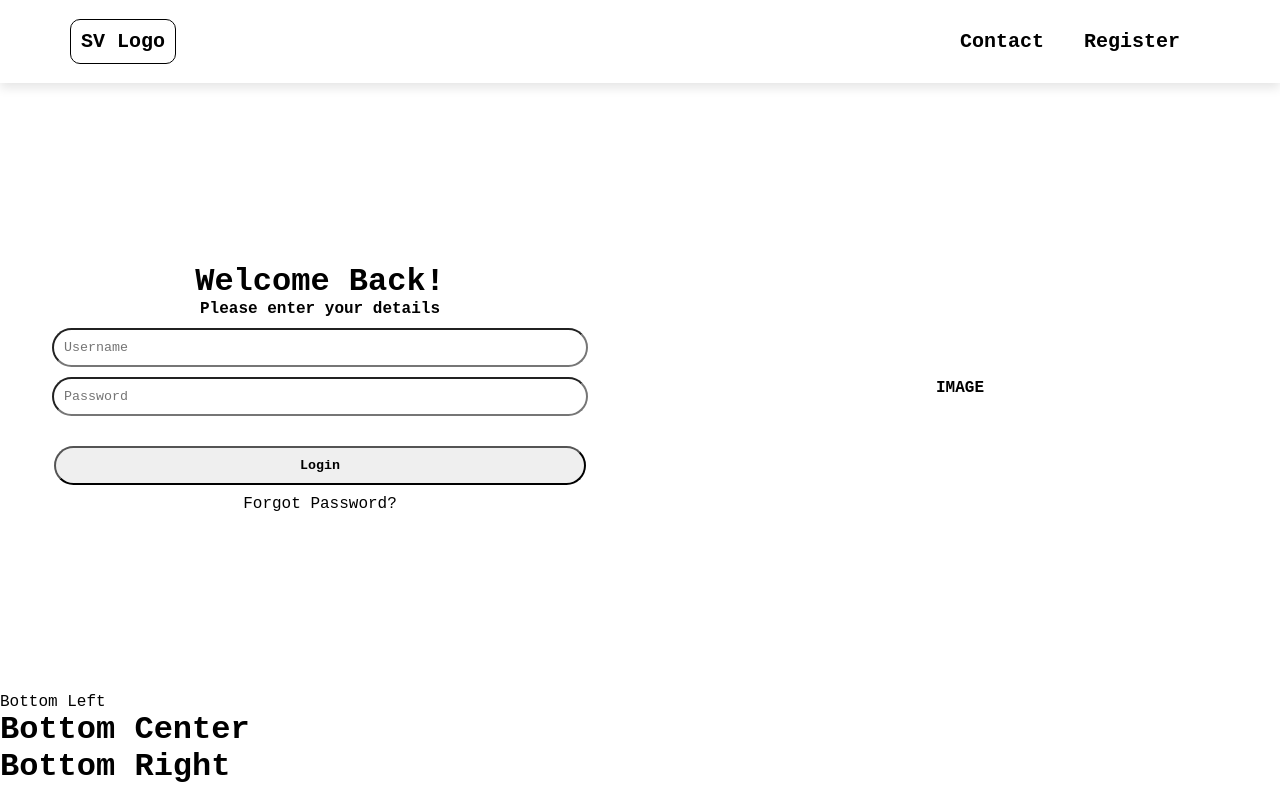
Repository: BuddhimaB/SecureVisionAI
Page: / (app in client/)
These files come from the project's save history. The page is drawn as it stood at one moment and after a run of saves; the edit follows.
The browser window is 1280 px wide. The pictures show the whole page.
The project was rebuilt for these pictures with package versions that can differ from the ones it lists, and the page was loaded fresh each time. Also part of the build but not shown: client/src/components/BottomDetails/Bottom.css.

Above is the page before, as saved 2024-07-13 19:22:12.

### client/public/index.html
<!DOCTYPE html>
<html lang="en">
  <head>
    <meta charset="utf-8" />
    <link rel="icon" href="%PUBLIC_URL%/favicon.ico" />
    <meta name="viewport" content="width=device-width, initial-scale=1" />

    <meta
      name="description"
      content="Web site created using create-react-app"
    />
    <link rel="preconnect" href="https://fonts.googleapis.com">
<link rel="preconnect" href="https://fonts.gstatic.com" crossorigin>
<link href="https://fonts.googleapis.com/css2?family=Roboto:ital,wght@0,100;0,300;0,400;0,500;0,700;0,900;1,100;1,300;1,400;1,500;1,700;1,900&display=swap" rel="stylesheet">
<link rel="stylesheet" href="style.css">
    <title>SecureVision App</title>
  </head>
  <body>
    <noscript>You need to enable JavaScript to run this app.</noscript>
    <div id="root"></div>

  </body>
</html>

### client/src/App.js
import Login from "./Pages/Login/login";

function App() {
  return (
    <div className="App">
      <Login />
    </div>
  );
}

export default App;

### client/src/Pages/Login/login.jsx
import './Login.css'
import Topbar from '../../components/Topbar/Topbar'
import Bottom from '../../components/BottomDetails/Bottom'

export default function Login() {
  return (
    <div>
      <Topbar />
      <div className='feedContainer'>
        <div className="feedLeft">
          <h1>Welcome Back!</h1>
          <h4> Please enter your details</h4>
          <div className="inputField">
          <input
          className='inputField'
          type="text"
          placeholder="Username" />

          <input className='inputField'
          type="password"
          placeholder="Password" />
          </div>
          <button className="loginButton">Login</button>
          <span>Forgot Password?</span>
        </div>

        <div className="feedRight">
          <h4>IMAGE</h4>

        </div>
        </div>
        <Bottom />
    </div>
  )
}

### client/src/Pages/Login/Login.css
.feedContainer{
    display: flex;
    justify-content: center;
    align-items: center;


}
.feedLeft{
    display: flex;
    flex-direction: column;
    justify-content: center;
    align-items: center;
    width: 50%;
    height: calc(100vh - 110px);

}
.inputField{
    display: flex;
    justify-content: center;
    align-items: center;
    flex-direction: column;
    margin-bottom: 10px;
    padding: 10px;
    border-radius: 40px;
    width: 80%;
}
.inputField > input{
    width: 100%;
    padding: 10px;


    margin-bottom: 10px;
}
.loginButton{
    padding: 10px;
    border-radius: 40px;
    width: 83%;

    color:black;
    font-weight: 700;
    cursor: pointer;
    margin-bottom: 10px;
}
.loginButton:hover{
    background-color: #9b1cc2;
    color:white
}
.feedRight{
    display: flex;
    justify-content: center;
    align-items: center;
    width: 50%;
    height: calc(100vh - 1100px);
    background-color: #fff;
}

### client/src/components/Topbar/Topbar.jsx
import './Topbar.css'

export default function Topbar() {
  return (
    <div className='topbarContainer'>
        <div className="topbarLeft">
            <span className="logo">SV Logo</span>
        </div>

        <div className="topbarRight">
            <div className="topbarLinks">
                <span className="topbarLink">Contact</span>
                <span className="topbarLink">Register</span>
            </div>

        </div>

    </div>
  )
}

### client/src/components/BottomDetails/Bottom.jsx
import './Bottom.css'

export default function Bottom() {
  return (
    <div className='bottomContainer'>
        <div className='bottomLeft'>
            <span>Bottom Left</span>
        </div>
        <div className='bottomCenter'>
            <h1>Bottom Center</h1>
        </div>
        <div className='bottomRight'>
            <h1>Bottom Right</h1>
        </div>



    </div>
  )
}

### client/src/components/Topbar/Topbar.css
.topbarContainer{
    display: flex;
    justify-content: space-between;
    align-items: center;
    top: 0;
    z-index: 999;
    padding: 30px;
    background-color: #fff;
    box-shadow: 0 5px 10px rgba(0, 0, 0, 0.1);
    position: sticky;
}
.logo{
    font-size: 20px;
    font-weight: 700;
    border: 1px solid #000;
    padding: 10px;
    border-radius: 10px;
    margin-left: 40px;
}
.topbarRight{
    display: flex;
    align-items: center;
    margin-right: 40px;

}
.topbarLink{
    margin-right: 20px;
    font-size: 20px;
    font-weight: 700;
    padding: 10px;
    border-radius: 10px;
    cursor: pointer;
}
.topbarLink:hover{
    background-color: #9b1cc2;
    color: white;
}

### client/public/style.css
*{
    margin: 0;
    font-family: 'Courier New', Courier, monospace;
}

Loaded but not shown: client/src/index.js (common file)

After the next 2 saves:
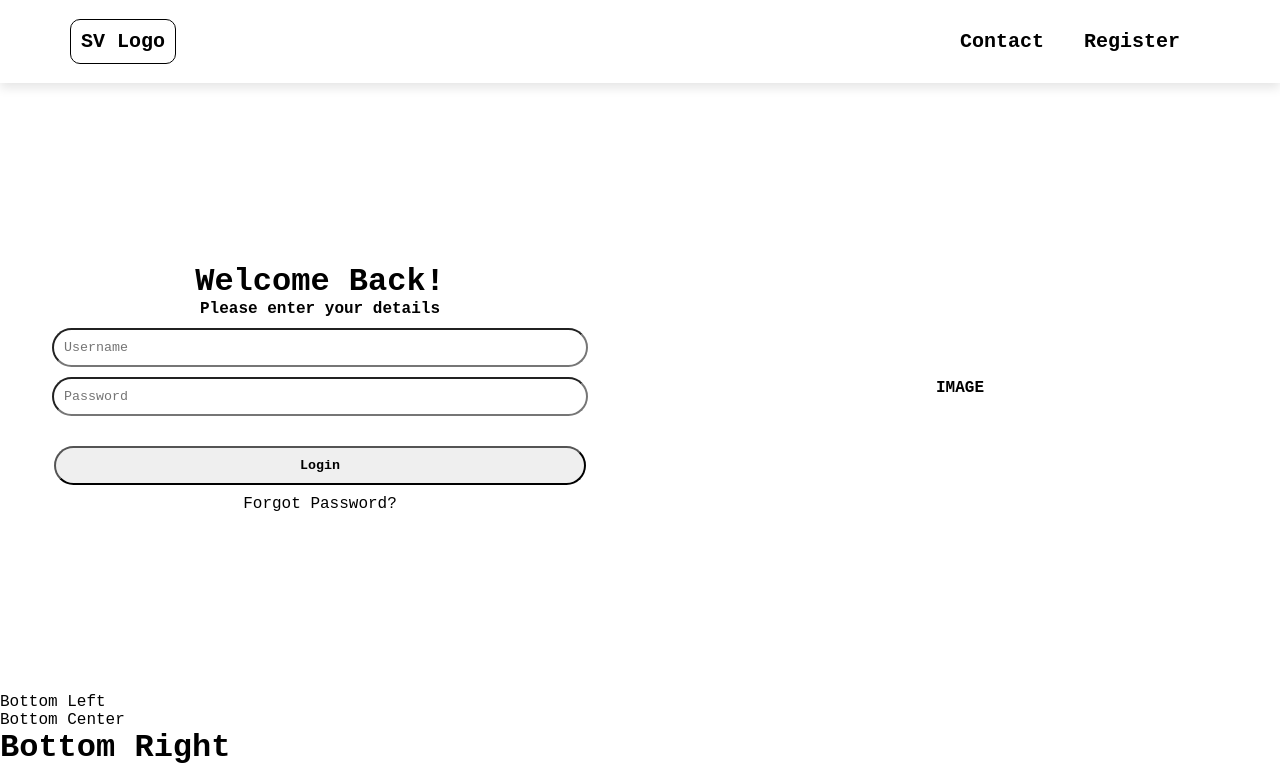
The 2 saves are shown as one change because 1 did not build or start.
The last was saved 12 s later.
--- a/client/src/components/BottomDetails/Bottom.jsx
+++ b/client/src/components/BottomDetails/Bottom.jsx
@@ -7,7 +7,7 @@ export default function Bottom() {
             <span>Bottom Left</span>
         </div>
         <div className='bottomCenter'>
-            <h1>Bottom Center</h1>
+            <span>Bottom Center</span>
         </div>
         <div className='bottomRight'>
             <h1>Bottom Right</h1>
